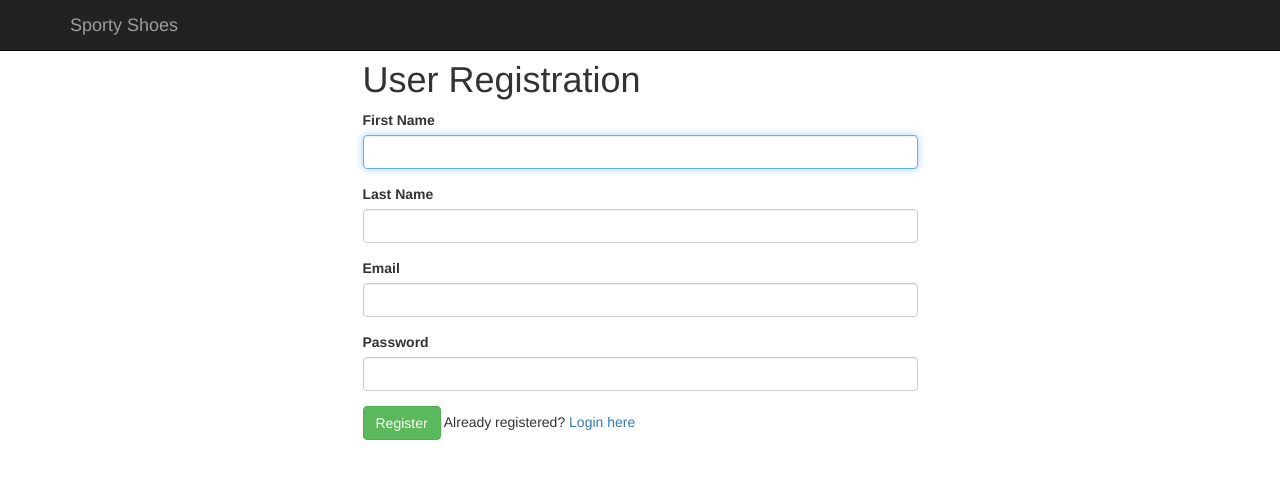
Repository: Niks4u2/SportyShoes
Page: http://localhost/adminregistration
The author's editor kept a copy of each file at every save. The page is drawn from the files as they stood at one save, then again after the next save.
The browser window is 1280 px wide. The pictures show the whole page.
The page is this project's Thymeleaf template; nobody is signed in. The template is opened directly, without the code that normally fills it, so the values that code supplies are empty.

Above is the page before, as saved 2021-11-07 12:57:07.

### Source Code/sporty-shoes/src/main/resources/templates/adminregistration.html
<!DOCTYPE html>
<html xmlns:th="http://www.thymeleaf.org">
<head>
<meta charset="ISO-8859-1">
<title>Registration</title>
<link rel="stylesheet"
	href="https://maxcdn.bootstrapcdn.com/bootstrap/3.3.7/css/bootstrap.min.css"
	integrity="sha384-BVYiiSIFeK1dGmJRAkycuHAHRg32OmUcww7on3RYdg4Va+PmSTsz/K68vbdEjh4u"
	crossorigin="anonymous">
</head>
<body>

	<!-- create navigation bar ( header) -->
	<nav class="navbar navbar-inverse navbar-fixed-top">
		<div class="container">
			<div class="navbar-header">
				<button type="button" class="navbar-toggle collapsed"
					data-toggle="collapse" data-target="#navbar" aria-expanded="false"
					aria-controls="navbar">
					<span class="sr-only">Toggle navigation</span> <span
						class="icon-bar"></span> <span class="icon-bar"></span> <span
						class="icon-bar"></span>
				</button>
				<a class="navbar-brand" href="#" th:href="@{/}">Sporty Shoes</a>
			</div>
		</div>
	</nav>

<br>
<br>
	<!-- Create HTML registration form -->
	<div class="container">
		<div class="row">
			<div class="col-md-6 col-md-offset-3">

				<!-- success message -->
				<div th:if="${param.success}">
					<div class="alert alert-info">You've successfully registered
						to our awesome app!</div>
				</div>

				<h1>User Registration</h1>

				<form th:action="@{/registration}" method="post" th:object="${user}">
					<div class="form-group">
						<label class="control-label" for="firstName"> First Name </label>
						<input id="firstName" class="form-control" th:field="*{firstName}"
							required autofocus="autofocus" />
					</div>

					<div class="form-group">
						<label class="control-label" for="lastName"> Last Name </label> <input
							id="lastName" class="form-control" th:field="*{lastName}"
							required autofocus="autofocus" />
					</div>

					<div class="form-group">
						<label class="control-label" for="email"> Email </label> <input
							id="email" class="form-control" th:field="*{email}" required
							autofocus="autofocus" />
					</div>

					<div class="form-group">
						<label class="control-label" for="password"> Password </label> <input
							id="password" class="form-control" type="password"
							th:field="*{password}" required autofocus="autofocus" />
					</div>

					<div class="form-group">
						<button type="submit" class="btn btn-success">Register</button>
						<span>Already registered? <a href="/" th:href="@{/login}">Login
								here</a></span>
					</div>
				</form>
			</div>
		</div>
	</div>
</body>
</html >

After the next save:
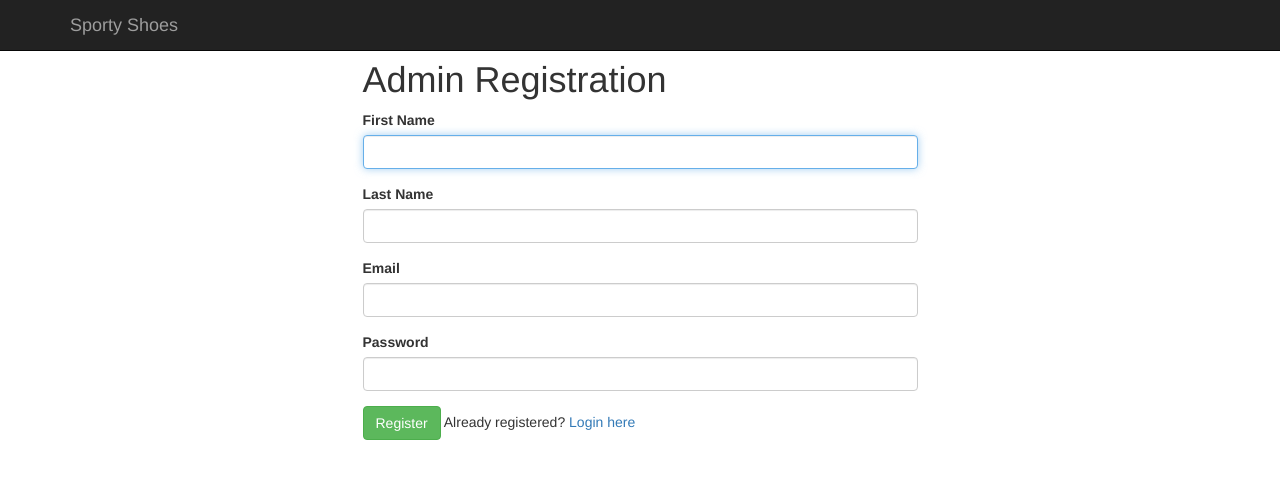
Saved 24 s later.
--- a/Source Code/sporty-shoes/src/main/resources/templates/adminregistration.html
+++ b/Source Code/sporty-shoes/src/main/resources/templates/adminregistration.html
@@ -39,7 +39,7 @@
 						to our awesome app!</div>
 				</div>
 
-				<h1>User Registration</h1>
+				<h1>Admin Registration</h1>
 
 				<form th:action="@{/registration}" method="post" th:object="${user}">
 					<div class="form-group">
